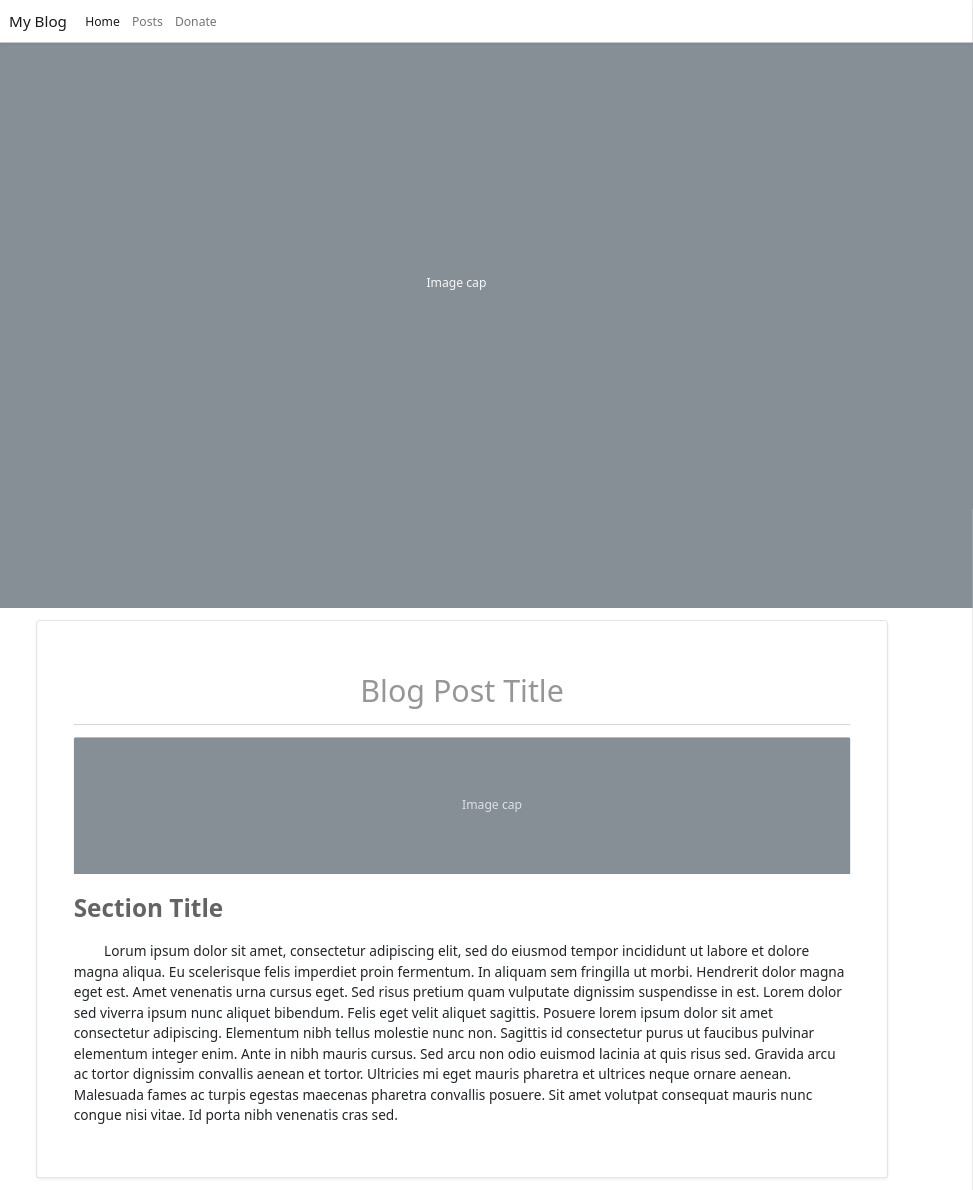
Repository: LublubXT/Azi-Tec-Team
Page: views/templates/blogs/personalblog/posts.html
These files come from the project's save history. The page is drawn as it stood at one moment and after a run of saves; the edit follows.
The browser window is 1280 px wide. The pictures show the whole page, at 76% of full size.

Above is the page before, as saved 2021-03-11 13:00:56.

### views/templates/blogs/personalblog/posts.html
<!DOCTYPE html>
<html lang="en">

    <head>
        <meta charset="UTF-8">
        <meta http-equiv="X-UA-Compatible" content="IE=edge">
        <meta name="viewport" content="width=device-width, initial-scale=1.0">

        <!-- import style sheet file -->
        <link rel="stylesheet" href="css/style.css">
        <link rel="stylesheet" href="css/bootstrap.min.css">
        <link rel="stylesheet" href="fontawesome/css/all.css">
        <script src="https://cdn.jsdelivr.net/npm/bootstrap@5.0.0-beta2/dist/js/bootstrap.bundle.min.js"
            integrity="sha384-b5kHyXgcpbZJO/tY9Ul7kGkf1S0CWuKcCD38l8YkeH8z8QjE0GmW1gYU5S9FOnJ0"
            crossorigin="anonymous"></script>


        <title>My Blog</title>
    </head>

    <body>
        <div class="header imgDiv">
            <nav class="navbar navbar-expand-lg navbar-light fixed-top shadow-sm" style="background-color: #fff;">
                <div class="container-fluid">
                    <a class="navbar-brand" href="home.html">My Blog</a>
                    <button class="navbar-toggler" type="button" data-bs-toggle="collapse"
                        data-bs-target="#navbarNavAltMarkup" aria-controls="navbarNavAltMarkup" aria-expanded="false"
                        aria-label="Toggle navigation">
                        <span class="navbar-toggler-icon"></span>
                    </button>
                    <div class="collapse navbar-collapse float-end" id="navbarNavAltMarkup">
                        <div class="navbar-nav float-end">
                            <a class="nav-link active" aria-current="page" href="home.html">Home</a>
                            <a class="nav-link" href="posts.html">Posts</a>
                            <a class="nav-link" href="donate.html">Donate</a>
                        </div>
                    </div>
                </div>
            </nav>
            <p class="card-text position-absolute top-50 end-50 text-light">Image
                cap</p>
        </div>

        <div style="width: 100%;" class="grid-container tab-content">


            <div class="card mx-5 my-3 float-end shadow-sm grid-child p-5 tab-pane fade show active"
                style="width: 70rem; height: auto;" id="pills-1" role="tabpanel" aria-labelledby="pills-1-tab">
                <h1 class="blog_title">Blog Post Title</h1>
                <hr>
                <svg class="bd-placeholder-img card-img-top" width="100%" height="180"
                    xmlns="http://www.w3.org/2000/svg" role="img" aria-label="Placeholder: Image cap"
                    preserveAspectRatio="xMidYMid slice" focusable="true">
                    <title>Placeholder</title>
                    <rect width="100%" height="100%" fill="#868e96"></rect><text x="50%" y="50%" fill="#dee2e6"
                        dy=".3em">Image
                        cap</text>
                </svg>
                <p class="main_title">Section Title</p>
                <p class="text-dark main_p"><span class="tab"></span> Lorum ipsum dolor sit amet, consectetur
                    adipiscing
                    elit,
                    sed do eiusmod
                    tempor
                    incididunt ut labore et dolore magna
                    aliqua. Eu scelerisque felis imperdiet proin fermentum. In aliquam sem fringilla ut morbi.
                    Hendrerit
                    dolor magna eget
                    est. Amet venenatis urna cursus eget. Sed risus pretium quam vulputate dignissim suspendisse in
                    est.
                    Lorem dolor sed
                    viverra ipsum nunc aliquet bibendum. Felis eget velit aliquet sagittis. Posuere lorem ipsum
                    dolor
                    sit amet consectetur
                    adipiscing. Elementum nibh tellus molestie nunc non. Sagittis id consectetur purus ut faucibus
                    pulvinar elementum
                    integer enim. Ante in nibh mauris cursus. Sed arcu non odio euismod lacinia at quis risus sed.
                    Gravida arcu ac tortor
                    dignissim convallis aenean et tortor. Ultricies mi eget mauris pharetra et ultrices neque ornare
                    aenean. Malesuada fames
                    ac turpis egestas maecenas pharetra convallis posuere. Sit amet volutpat consequat mauris nunc
                    congue nisi vitae. Id
                    porta nibh venenatis cras sed.
                </p>
            </div>
        </div>


    </body>

</html>

### views/templates/blogs/personalblog/css/style.css
body {
    margin: 0px;
    padding: 0px;
}

.header {
    max-width: 100%;
    height: 50rem;
}

.imgDiv {
    background-color: #868e96;
    max-width: 100%;
}



.mainlink {
    color: white;
    font-family: 'Courier New', Courier, monospace;
    font-weight: bolder;
    /* background: transparent; */
    font-size: xx-large;
    text-decoration: none;
    float: left;
    margin: 10px;
}

.link {
    color: white;
    font-family: 'Courier New', Courier, monospace;
    font-weight: bolder;
    background: transparent;
    font-size: large;
    float: right;
    margin: 10px;
    margin-left: 10px;
    text-decoration: none;
}

.main_p {
    color: rgb(100, 100, 100);
    font-size: large;
    font-weight: 400;
    margin-top: 20px;
    margin-bottom: 20px;
}

.tab {
    margin-left: 40px;
}

.main_title {
    color: rgb(100, 100, 100);
    font-size: xx-large;
    font-weight: bold;
    margin-top: 20px;
    margin-bottom: 20px;
}

.blog_title {
    text-align: center;
    color: rgb(150, 150, 150);
    margin-top: 20px;
    margin-bottom: 20px;
}

.blog_hr {
    color: rgb(50, 50, 50);
    background: transparent;
    border-top: 10px dotted rgb(50, 50, 50);
    border-left: none;
    border-right: none;
    border-bottom: none;
    margin: auto;
    margin-top: 20px;
    margin-bottom: 40px;
    width: 30rem;
}

.grid-container {
    display: grid;
    grid-template-columns: 1fr 1fr;
    grid-gap: 20px;
}

Loaded but not shown: views/templates/blogs/personalblog/css/bootstrap.min.css (library); views/templates/blogs/personalblog/fontawesome/css/all.css (library)

After the next 3 saves:
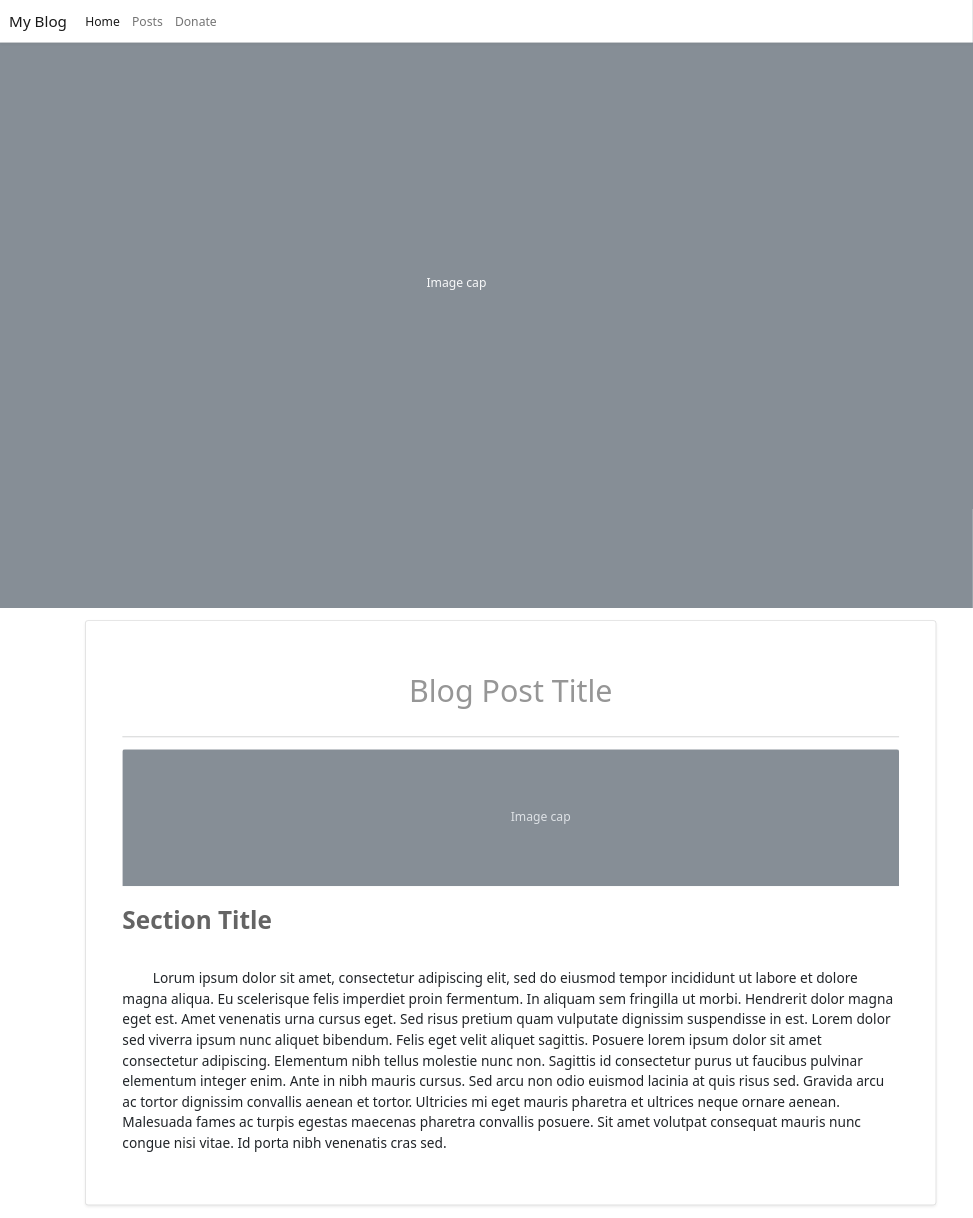
The 3 saves are shown as one change because they came seconds apart.
The last was saved 12 s later.
--- a/views/templates/blogs/personalblog/posts.html
+++ b/views/templates/blogs/personalblog/posts.html
@@ -41,9 +41,7 @@
                 cap</p>
         </div>
 
-        <div style="width: 100%;" class="grid-container tab-content">
-
-
+        <div style="width: 100%;" >
             <div class="card mx-5 my-3 float-end shadow-sm grid-child p-5 tab-pane fade show active"
                 style="width: 70rem; height: auto;" id="pills-1" role="tabpanel" aria-labelledby="pills-1-tab">
                 <h1 class="blog_title">Blog Post Title</h1>
